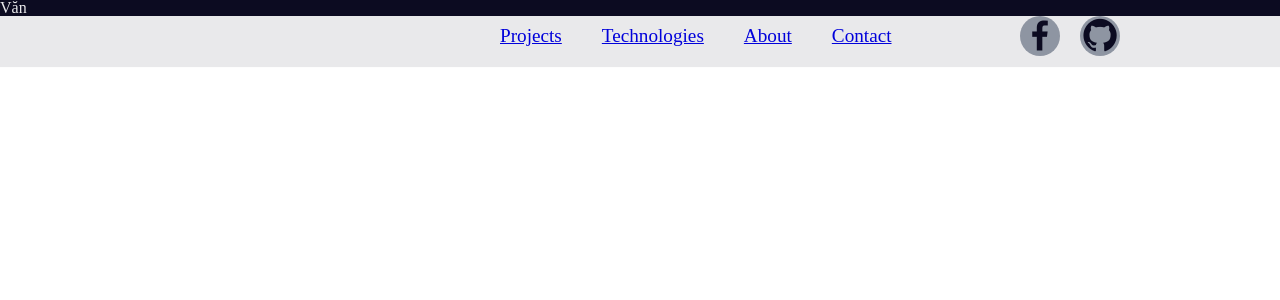
Repository: luanhoang0902/profile-react
Page: /About
These files come from the project's save history. The page is drawn as it stood at one moment and after the next save; the edit follows.
The browser window is 1280 px wide. The pictures show the whole page.
The project was rebuilt for these pictures with package versions that can differ from the ones it lists, and the page was loaded fresh each time. Also part of the build but not shown: src/css/Projects.css, src/features/Projects.jsx, src/css/Technologies.css, src/features/Technologies.jsx, src/features/Contact.jsx.

Above is the page before, as saved 2022-05-21 12:40:46.

After the next save:
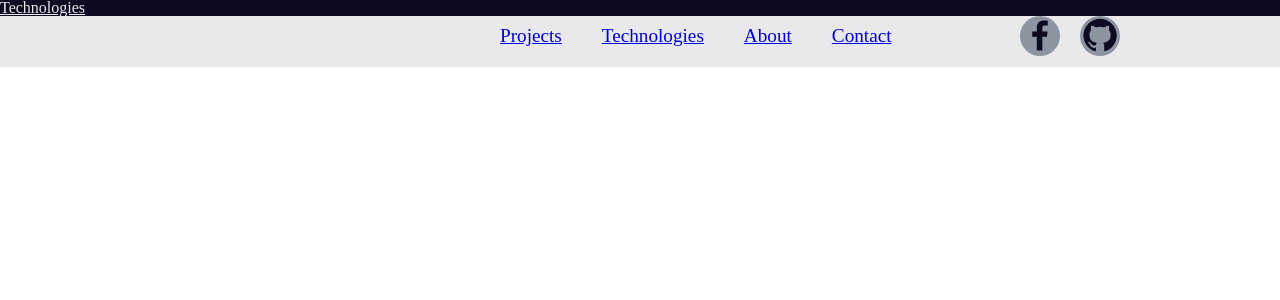
Saved 12 s later.
--- a/src/features/About.jsx
+++ b/src/features/About.jsx
@@ -8,7 +8,7 @@
 function About(props) {
     return (
         <div className="about">
-            Văn
+            <u>Technologies</u>
         </div>
     );
 }
